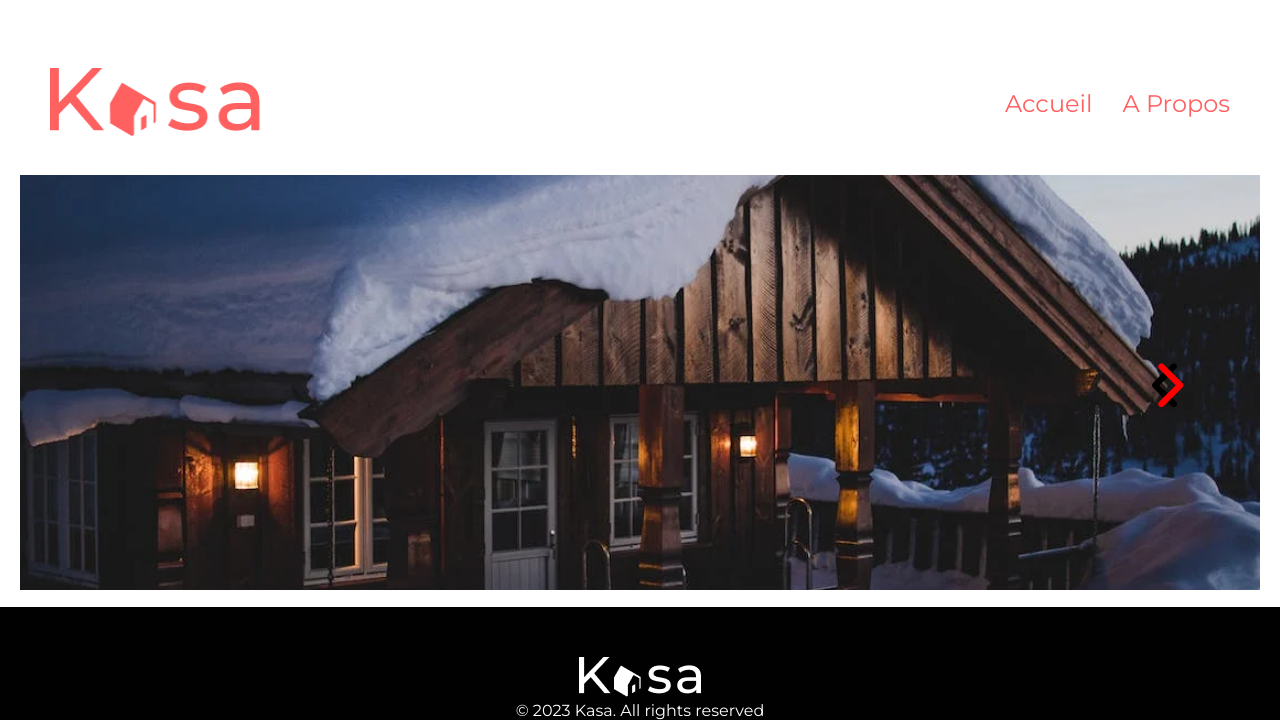
Repository: Ascaris29/Kasa_oc
Page: /essai (app in kasa_project/)
An editor plug-in stored every save of this project. The page is shown before and after the next save, followed by the edit.
The browser window is 1280 px wide. The pictures show the whole page.
Some web libraries are served in a nearby version. The project was rebuilt for these pictures with package versions that can differ from the ones it lists, and the page was loaded fresh each time. Also part of the build but not shown: kasa_project/src/pages/homepage/Homepage.module.scss, kasa_project/src/pages/homepage/components/CardLogement.module.scss, kasa_project/src/pages/homepage/components/CardLogement.js, kasa_project/src/pages/homepage/Homepage.js, kasa_project/src/pages/404/404.module.scss, kasa_project/src/pages/404/404.js, kasa_project/src/pages/a_propos/APropos.module.scss, kasa_project/src/pages/a_propos/components/CardDescription.module.scss and 6 more.

Above is the page before, as saved 2023-03-16 16:06:32.

After the next save:
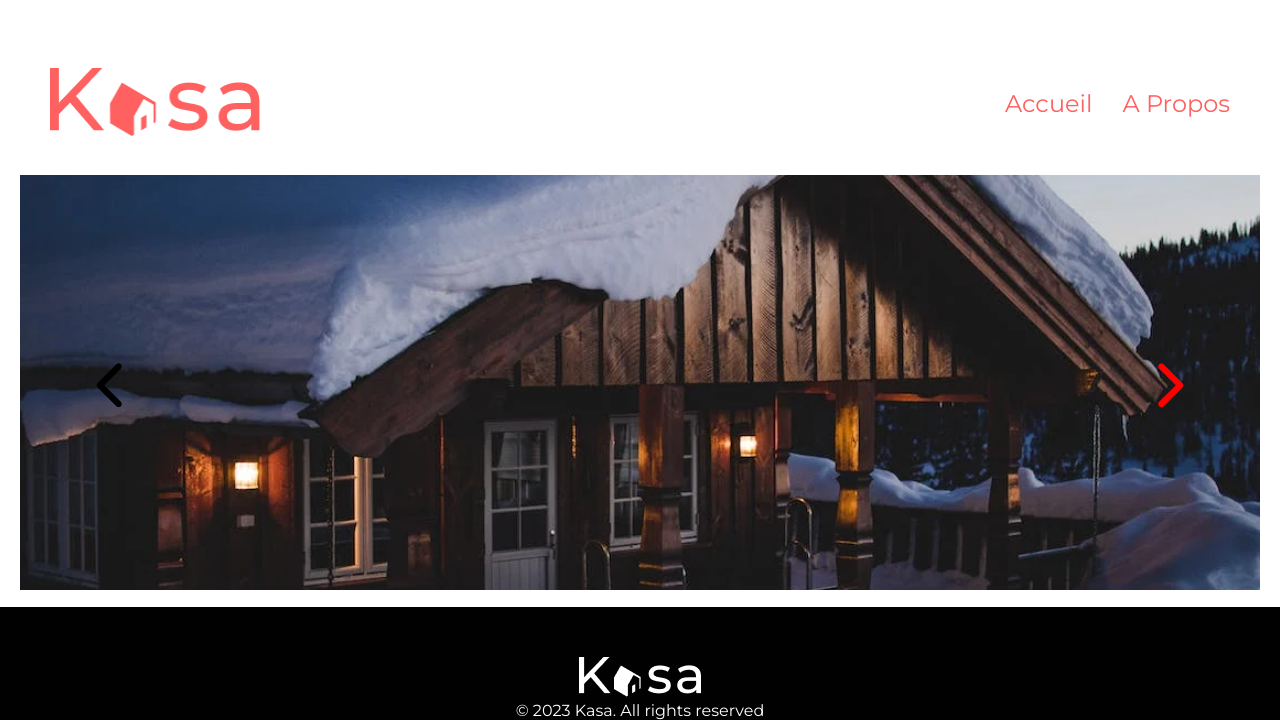
Saved 7 s later.
--- a/kasa_project/src/pages/logement/components/caroussel/Caroussel.module.scss
+++ b/kasa_project/src/pages/logement/components/caroussel/Caroussel.module.scss
@@ -20,7 +20,7 @@
     .chevronLeft{
         position:absolute;
         top:50%;
-        left:90%;
+        right:90%;
         font-size:50px;
     }
 }
